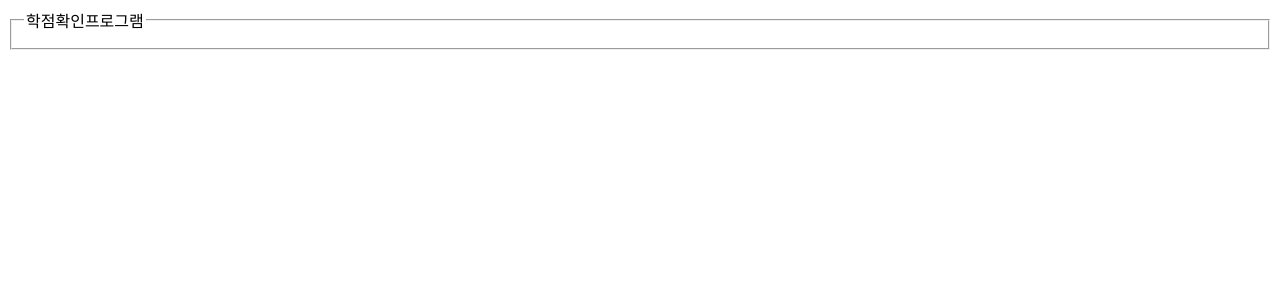
Repository: songhak1226/Web_Server
Page: Ex04Object/src/main/webapp/Ex01Request.html
These files come from the project's save history. The page is drawn as it stood at one moment and after the next save; the edit follows.
The browser window is 1280 px wide. The pictures show the whole page.

Above is the page before, as saved 2023-05-16 07:08:38.

After the next save:
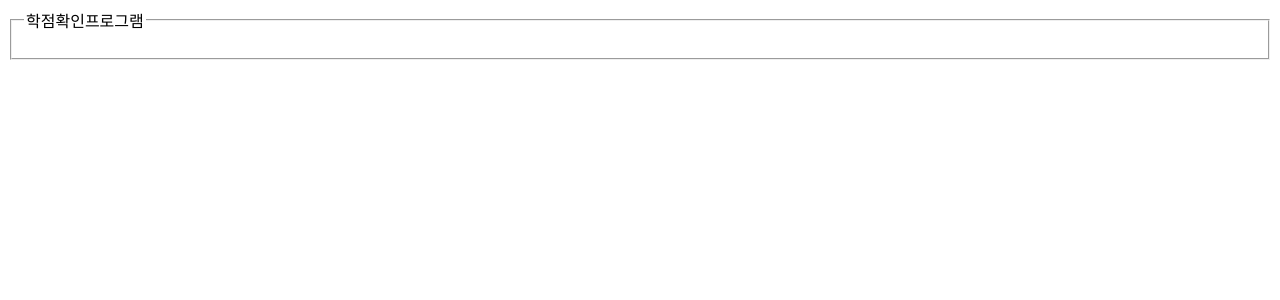
Saved 97 s later.
--- a/Ex04Object/src/main/webapp/Ex01Request.html
+++ b/Ex04Object/src/main/webapp/Ex01Request.html
@@ -7,6 +7,13 @@
 <body>
 	<fieldset>
 		<legend>학점확인프로그램</legend>
+		<form action="">
+			<table>
+				<tr></tr>
+				<td></td>
+				<tr></tr>
+			</table>
+		</form>
 	</fieldset>
 </body>
 </html>
